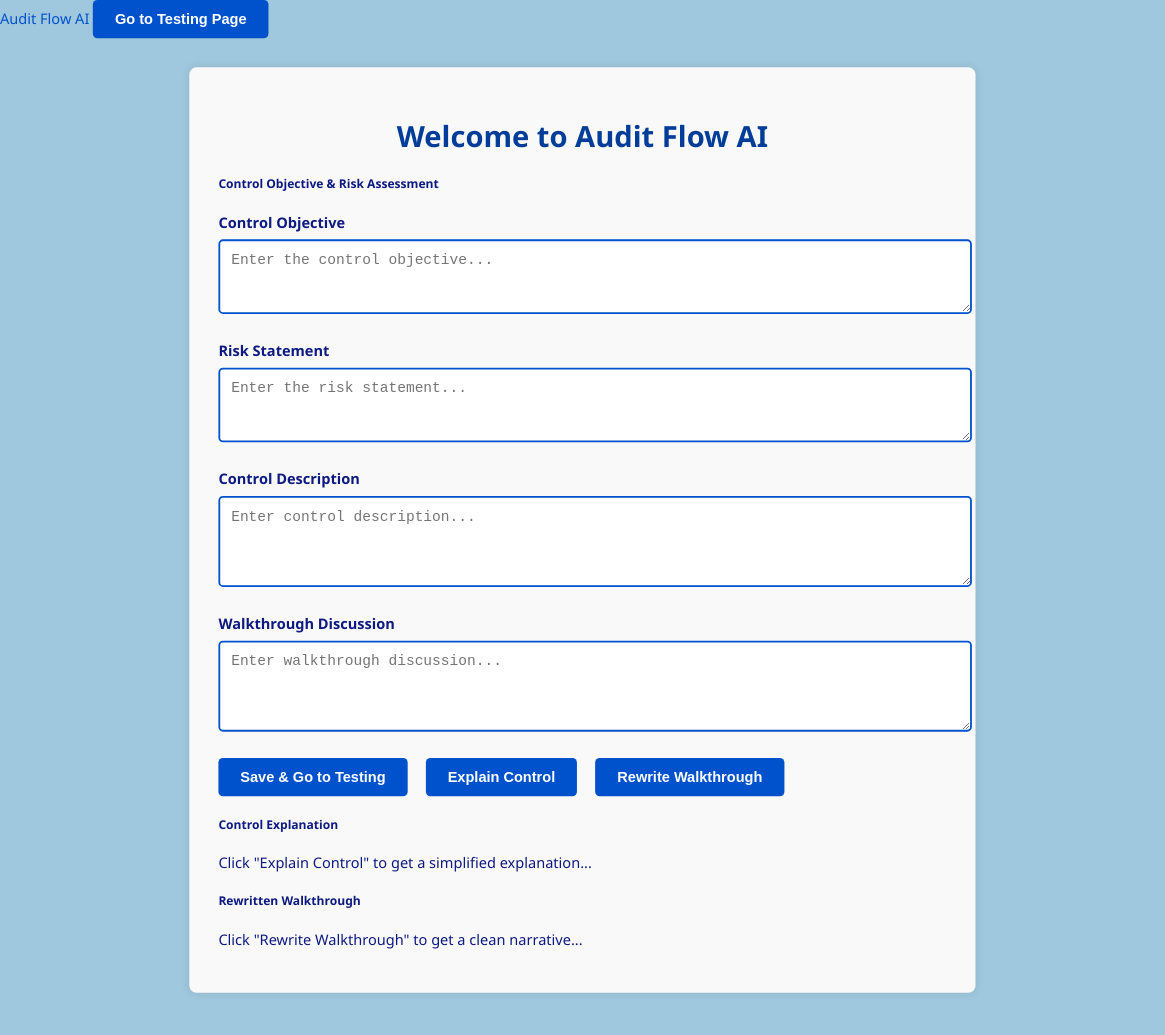
Repository: Adeolaode0/Audit-Flow-AI
Page: http://localhost/
These files come from the project's save history. The page is drawn as it stood at one moment and after the next save; the edit follows.
The browser window is 1280 px wide. The pictures show the whole page, at 91% of full size.
The page is served by the project's application, run on Flask 3 (app.py).

Above is the page before, as saved 2025-07-13 22:45:34.

After the next save:
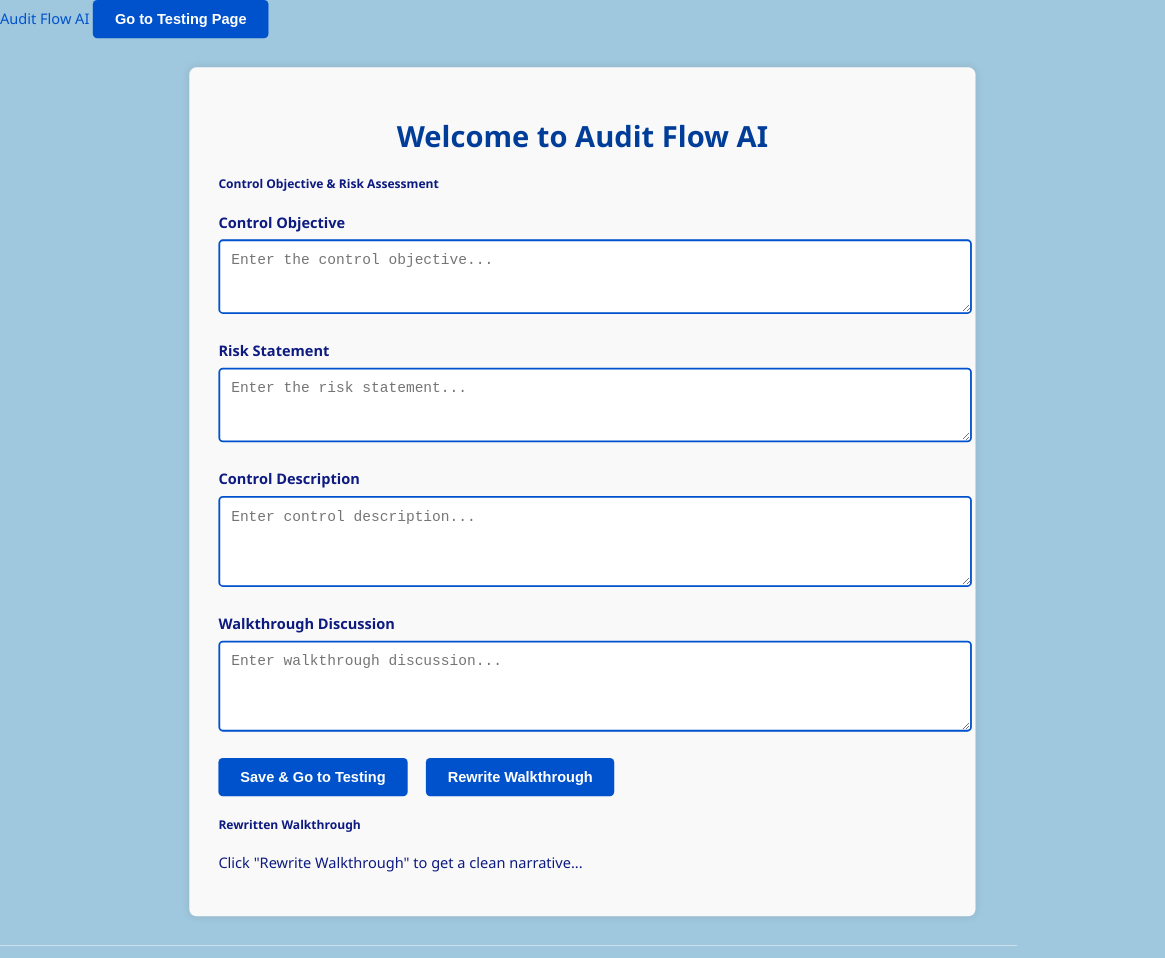
Saved 3 min 49 s later.
--- a/templates/index.html
+++ b/templates/index.html
@@ -49,7 +49,6 @@
                 <!-- Action Buttons -->
                 <div class="mb-3">
                     <button id="saveAndGoButton" class="btn btn-success me-2">Save & Go to Testing</button>
-                    <button id="explainButton" class="btn btn-info me-2">Explain Control</button>
                     <button id="rewriteButton" class="btn btn-warning">Rewrite Walkthrough</button>
                 </div>
             </div>
@@ -57,18 +56,7 @@
 
         <!-- Results Section -->
         <div class="row">
-            <div class="col-md-6">
-                <div class="card">
-                    <div class="card-body">
-                        <h5 class="card-title">Control Explanation</h5>
-                        <div id="explanationResult" class="mt-3">
-                            <p id="explanation-output" class="text-muted">Click "Explain Control" to get a simplified explanation...</p>
-                            <button class="btn btn-secondary" onclick="copyText('explanation-output')" style="display:none;" id="copyExplanationBtn">Copy Explanation</button>
-                        </div>
-                    </div>
-                </div>
-            </div>
-            <div class="col-md-6">
+            <div class="col-md-12">
                 <div class="card">
                     <div class="card-body">
                         <h5 class="card-title">Rewritten Walkthrough</h5>
@@ -118,44 +106,6 @@
             setTimeout(() => {
                 window.location.href = "/testing";
             }, 1500);
-        });
-
-        // Explain Control Description
-        document.getElementById("explainButton").addEventListener("click", async () => {
-            const controlDescription = document.getElementById("controlDescription").value;
-            if (!controlDescription.trim()) {
-                alert("Please enter a control description first.");
-                return;
-            }
-
-            showSpinner();
-            try {
-                const response = await fetch("/api/explain", {
-                    method: "POST",
-                    headers: {
-                        "Content-Type": "application/json"
-                    },
-                    body: JSON.stringify({ control_description: controlDescription })
-                });
-
-                if (!response.ok) {
-                    throw new Error(`HTTP error! status: ${response.status}`);
-                }
-
-                const data = await response.json();
-
-                if (data.explanation) {
-                    document.getElementById("explanation-output").innerText = data.explanation;
-                    document.getElementById("copyExplanationBtn").style.display = "inline-block";
-                    showToast("Explanation ready!");
-                } else {
-                    alert("Error: " + (data.error || "Failed to explain control"));
-                }
-            } catch (error) {
-                alert("Error: " + error.message);
-            } finally {
-                hideSpinner();
-            }
         });
 
         // Rewrite Walkthrough Discussion
@@ -220,7 +170,7 @@
         // Copy to Clipboard Functionality
         function copyText(id) {
             const text = document.getElementById(id).innerText;
-            if (text && text !== "Click \"Explain Control\" to get a simplified explanation..." && text !== "Click \"Rewrite Walkthrough\" to get a clean narrative...") {
+            if (text && text !== "Click \"Rewrite Walkthrough\" to get a clean narrative...") {
                 navigator.clipboard.writeText(text).then(() => {
                     showToast('Copied to clipboard!');
                 }).catch(() => {
